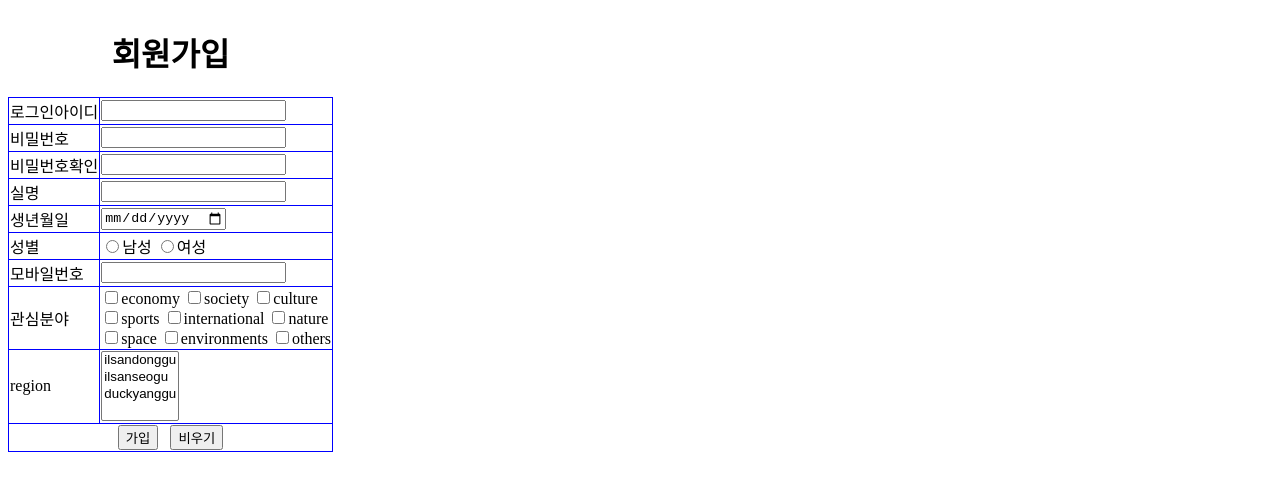
Repository: Sleepingco/HimediaJava
Page: http://localhost/HelloWorld/WEB-INF/views/member/signup.jsp
These files come from the project's save history. The page is drawn as it stood at one moment and after the next save; the edit follows.
The browser window is 1280 px wide. The pictures show the whole page.
The page is served by Tomcat 10. Nobody is signed in. Other server files are loaded and not shown. The template is opened directly, without the code that normally fills it, so the values that code supplies are empty.

Above is the page before, as saved 2023-07-31 01:41:44.

### HelloWorld/src/main/webapp/WEB-INF/views/member/signup.jsp
<%@ page language="java" contentType="text/html; charset=UTF-8"
    pageEncoding="UTF-8"%>
<!DOCTYPE html>
<html>
<head>
<meta charset="UTF-8">
<title>회원가입</title>
</head>
<style>
table{
	border-collapse:collapse
}
td {
	border:1px solid blue
}
</style>
<body>
<form id=frmMember method=post action=signup> <!-- action은 실행시 뒤에 써줄 url을 써주면됨 -->
<table>
<caption><h1>회원가입</h1></caption>
<tbody>
<tr><td>로그인아이디</td><td><input type=text name=userid id='userid'></td></tr>
<tr><td>비밀번호</td><td><input type=password name=passcode1 id='passcode1'></td></tr>
<tr><td>비밀번호확인</td><td><input type=password id='passcode2'></td></tr>
<tr><td>실명</td><td><input type=text name=name id='name'></td></tr>
<tr><td>생년월일</td><td><input type=date name=birthday id='birthday'></td></tr>
<tr><td>성별</td><td><input type=radio name=gender id='male' value=male	>남성
					<input type=radio name=gender id='female' value=female>여성</td></tr>
<tr><td>모바일번호</td><td><input type=text name=mobile id='mobile'></td></tr>
<tr><td>관심분야</td>
	<td><input type=checkbox name=interest value='economy'>economy
		<input type=checkbox name=interest value='society'>society
		<input type=checkbox name=interest value='culture'>culture<br>
		<input type=checkbox name=interest value='sports'>sports
		<input type=checkbox name=interest value='international'>international
		<input type=checkbox name=interest value='nature'>nature<br>
		<input type=checkbox name=interest value='space'>space
		<input type=checkbox name=interest value='environments'>environments
		<input type=checkbox name=interest value='others'>others
	</td>
</tr>
<tr><td>region</td>
	<td><select name=region size=4 multiple>
		<option value="ilsandonggu">ilsandonggu
		<option value="ilsanseogu">ilsanseogu
		<option value="duckyangu">duckyanggu
	</select>
<tr><td colspan=2 align=center>
	<input type=submit id=btnSubmit value='가입'> &nbsp;
	<input type=reset id=btnReset value='비우기'></td></tr>
</tbody>
</table>
</form>
</body>
<script src="https://code.jquery.com/jquery-latest.js"></script>
<script>
$(document)
.on('click','#btnSubmit',function(){
	if($('#userid').val()==''||$('#userid').val()==null){
		alert("id값이 입력되지 않음");
		return false;
	}
	if($('#passcode1').val()==''||$('#passcode1').val()==null){
		alert("비번값이 입력되지 않음");
		return false;
	}
	if($('#passcode2').val()==''||$('#passcode2').val()==null){
		alert("비번확인값이 입력되지 않음");
		return false;
	}
	if($('#passcode2').val()!=$('#passcode1').val()){
		alert("비번과 비번확인값이 다름");
		return false;
	}
	if($('#name').val()==''||$('#name').val()==null){
		alert("이름이 입력되지 않음");
		return false;
	}
	if($('#birthday').val()==''||$('#birthday').val()==null){
		alert("생일이 입력되지 않음");
		return false;
	}
	if (!$("#male").is(':checked') && !$("#female").is(':checked')) {
	    alert('성별을 입력하세요');
	     return false;
	 }
	if($('#mobile').val()==''||$('#mobile').val()==null){
		alert("전번값이 입력되지 않음");
		return false;
	}
	if($('#interest:selected').length<1){
		return false;
	}
	return true;
})
</script>
</html>

After the next save:
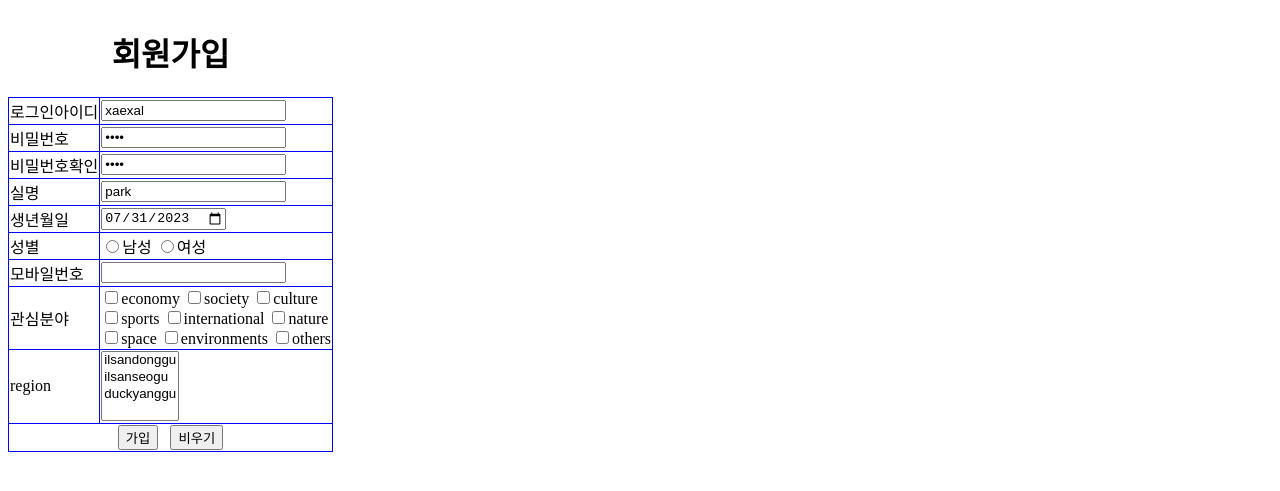
Saved 52 s later.
--- a/HelloWorld/src/main/webapp/WEB-INF/views/member/signup.jsp
+++ b/HelloWorld/src/main/webapp/WEB-INF/views/member/signup.jsp
@@ -19,11 +19,11 @@ td {
 <table>
 <caption><h1>회원가입</h1></caption>
 <tbody>
-<tr><td>로그인아이디</td><td><input type=text name=userid id='userid'></td></tr>
-<tr><td>비밀번호</td><td><input type=password name=passcode1 id='passcode1'></td></tr>
-<tr><td>비밀번호확인</td><td><input type=password id='passcode2'></td></tr>
-<tr><td>실명</td><td><input type=text name=name id='name'></td></tr>
-<tr><td>생년월일</td><td><input type=date name=birthday id='birthday'></td></tr>
+<tr><td>로그인아이디</td><td><input type=text name=userid id='userid' value="xaexal"></td></tr>
+<tr><td>비밀번호</td><td><input type=password name=passcode1 id='passcode1'value="1234"></td></tr>
+<tr><td>비밀번호확인</td><td><input type=password id='passcode2'value="1234"></td></tr>
+<tr><td>실명</td><td><input type=text name=name id='name'value="park"></td></tr>
+<tr><td>생년월일</td><td><input type=date name=birthday id='birthday'value="2023-07-31"></td></tr>
 <tr><td>성별</td><td><input type=radio name=gender id='male' value=male	>남성
 					<input type=radio name=gender id='female' value=female>여성</td></tr>
 <tr><td>모바일번호</td><td><input type=text name=mobile id='mobile'></td></tr>
